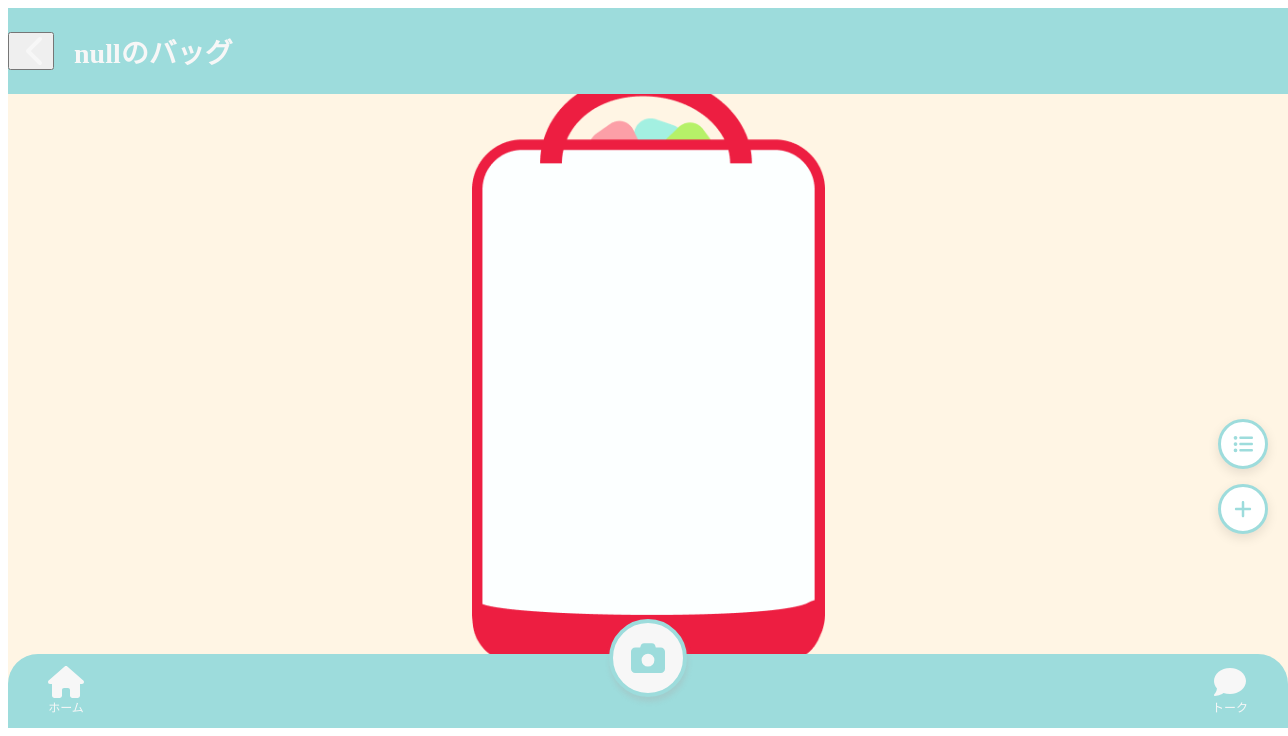
Repository: yamagataYK/pair-bag
Page: /bag
The author's editor kept a copy of each file at every save. The page is drawn from the files as they stood at one save, then again after the next save.
The browser window is 1280 px wide. The page is 1288 px wide, so the pictures cover 1288 px, including what lies to the right of the window. The pictures show the whole page.
The project was rebuilt for these pictures with package versions that can differ from the ones it lists, and the page was loaded fresh each time. The framework's server and built-in components were replaced by stand-ins that run in the browser. Also part of the build but not shown: next.config.ts.

Above is the page before, as saved 2025-07-17 15:03:04.

After the next save:
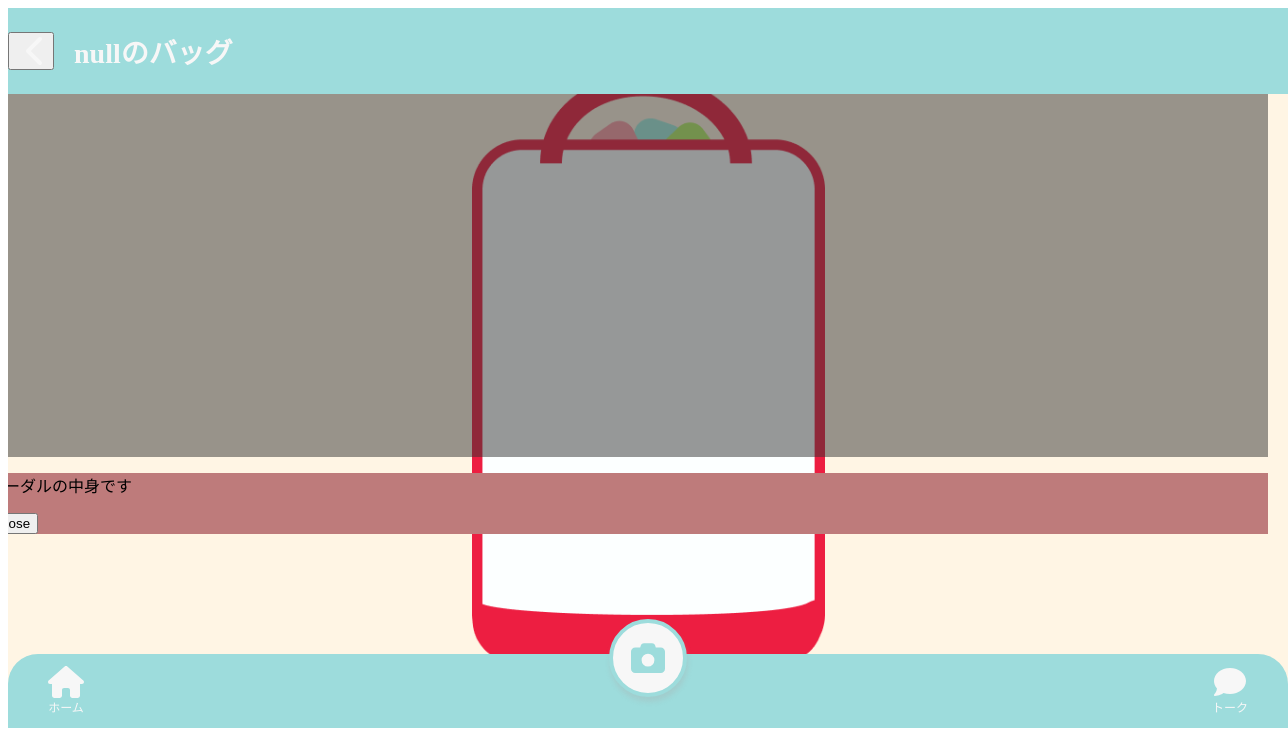
Saved 8 s later.
--- a/src/components/modal.tsx
+++ b/src/components/modal.tsx
@@ -8,7 +8,7 @@
 
 export default function Modal() {
 
-    const [isOpen, setIsOpen] = useState(false);
+    const [isOpen, setIsOpen] = useState(true);
 
     const toggleModal = () => {
         setIsOpen(!isOpen);

After the save that followed:
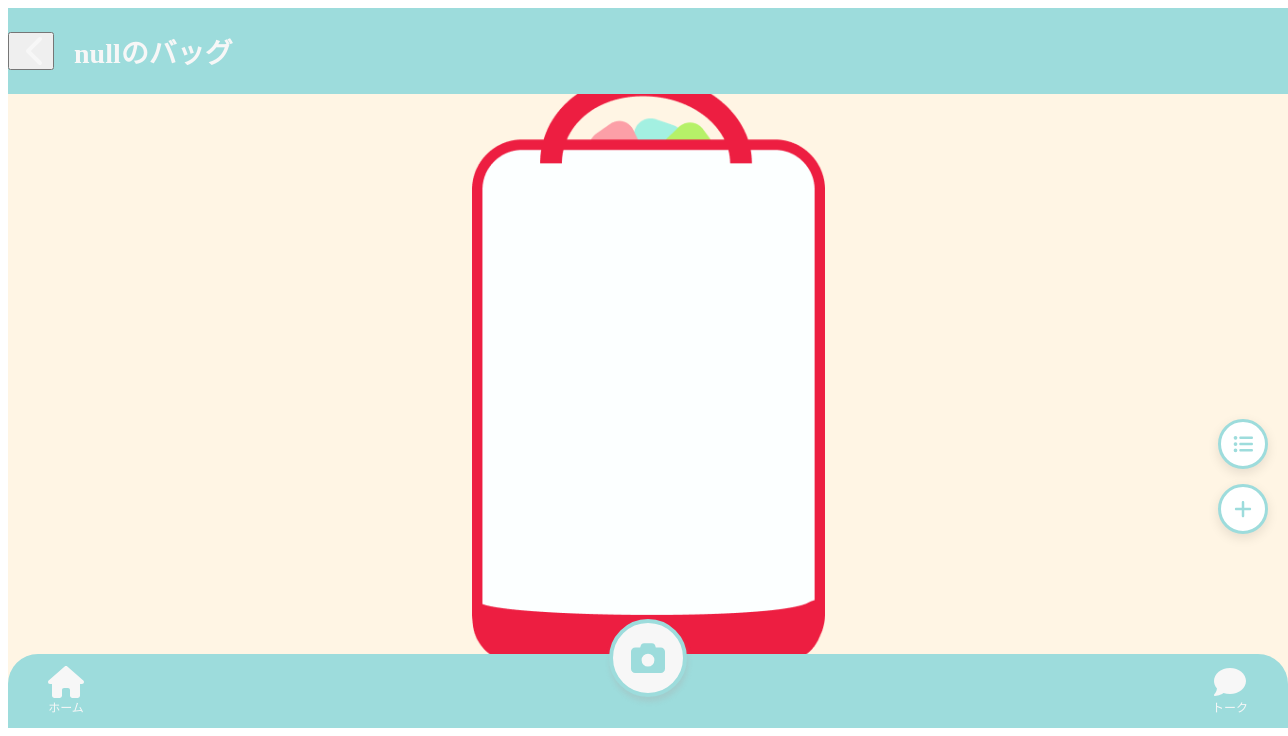
Saved 14 s later.
--- a/src/components/modal.tsx
+++ b/src/components/modal.tsx
@@ -8,7 +8,7 @@
 
 export default function Modal() {
 
-    const [isOpen, setIsOpen] = useState(true);
+    const [isOpen, setIsOpen] = useState(false);
 
     const toggleModal = () => {
         setIsOpen(!isOpen);
